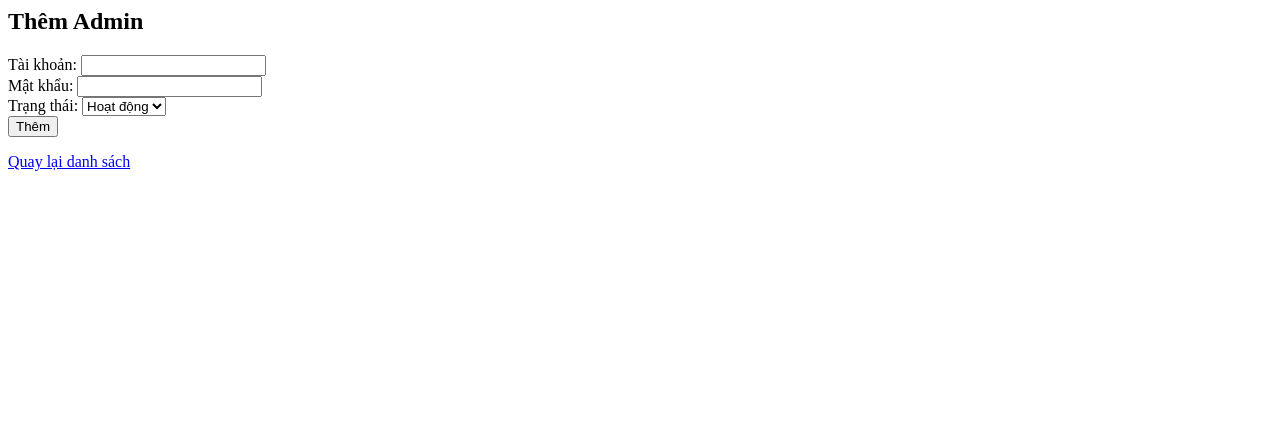
Repository: vuduckhoa/K22CNT2_VuDucKhoa_2210900032_project3
Page: http://localhost/K22CNT2_VuDucKhoa_2210900032_PRJ3/WEB-INF/views/admin/add.jsp
These files come from the project's save history. The page is drawn as it stood at one moment and after the next save; the edit follows.
The browser window is 1280 px wide. The pictures show the whole page.
The page is served by Tomcat 9. Nobody is signed in. Other server files are loaded and not shown. The template is opened directly, without the code that normally fills it, so the values that code supplies are empty.

Above is the page before, as saved 2025-03-04 02:36:01.

### K22CNT2_VuDucKhoa_2210900032_PRJ3/src/main/webapp/WEB-INF/views/admin/add.jsp
<%@ page contentType="text/html; charset=UTF-8" %>
<%@ page pageEncoding="UTF-8" %>
<html>
<head>
    <title>Thêm Admin</title>
</head>
<body>
    <h2>Thêm Admin</h2>
    <form action="add" method="post">
        <label>Tài khoản:</label>
        <input type="text" name="vdk_TaiKhoan" required /><br>

        <label>Mật khẩu:</label>
        <input type="password" name="vdk_MatKhau" required /><br>

        <label>Trạng thái:</label>
        <select name="vdk_TrangThai">
            <option value="true">Hoạt động</option>
            <option value="false">Bị khóa</option>
        </select><br>

        <button type="submit">Thêm</button>
    </form>
    <a href="list">Quay lại danh sách</a>
</body>
</html>

After the next save:
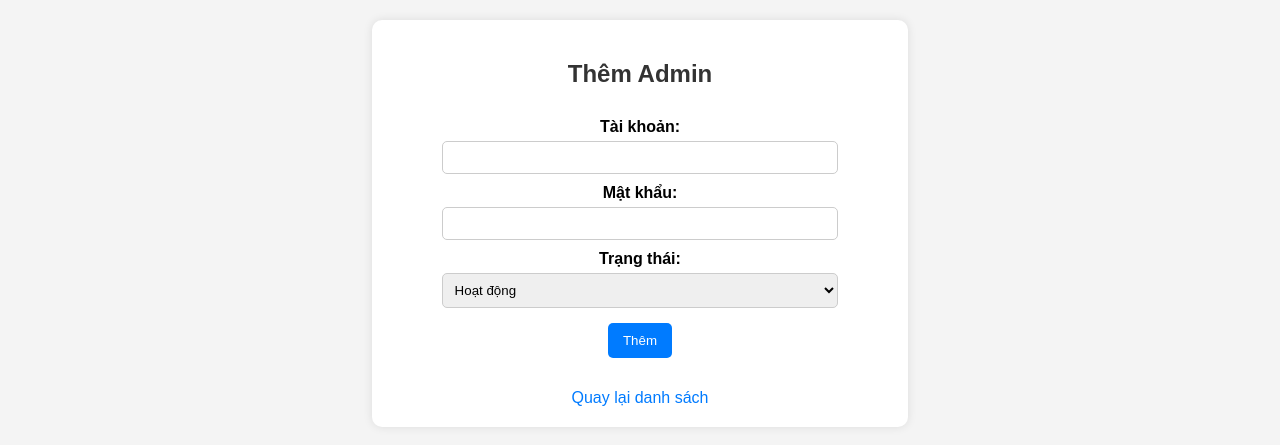
Saved 67 s later.
--- a/K22CNT2_VuDucKhoa_2210900032_PRJ3/src/main/webapp/WEB-INF/views/admin/add.jsp
+++ b/K22CNT2_VuDucKhoa_2210900032_PRJ3/src/main/webapp/WEB-INF/views/admin/add.jsp
@@ -3,24 +3,83 @@
 <html>
 <head>
     <title>Thêm Admin</title>
+    <style>
+        body {
+            font-family: Arial, sans-serif;
+            background-color: #f4f4f4;
+            margin: 0;
+            padding: 20px;
+            text-align: center;
+        }
+        .container {
+            width: 40%;
+            margin: 0 auto;
+            background: #fff;
+            padding: 20px;
+            border-radius: 10px;
+            box-shadow: 0 0 10px rgba(0, 0, 0, 0.1);
+        }
+        h2 {
+            color: #333;
+        }
+        form {
+            display: flex;
+            flex-direction: column;
+            align-items: center;
+        }
+        label {
+            font-weight: bold;
+            margin-top: 10px;
+        }
+        input, select {
+            width: 80%;
+            padding: 8px;
+            margin-top: 5px;
+            border: 1px solid #ccc;
+            border-radius: 5px;
+        }
+        button {
+            margin-top: 15px;
+            padding: 10px 15px;
+            background-color: #007bff;
+            color: white;
+            border: none;
+            border-radius: 5px;
+            cursor: pointer;
+        }
+        button:hover {
+            background-color: #0056b3;
+        }
+        .back-link {
+            display: inline-block;
+            margin-top: 15px;
+            color: #007bff;
+            text-decoration: none;
+        }
+        .back-link:hover {
+            text-decoration: underline;
+        }
+    </style>
 </head>
 <body>
-    <h2>Thêm Admin</h2>
-    <form action="add" method="post">
-        <label>Tài khoản:</label>
-        <input type="text" name="vdk_TaiKhoan" required /><br>
+    <div class="container">
+        <h2>Thêm Admin</h2>
+        <form action="add" method="post">
+            <label>Tài khoản:</label>
+            <input type="text" name="vdk_TaiKhoan" required />
 
-        <label>Mật khẩu:</label>
-        <input type="password" name="vdk_MatKhau" required /><br>
+            <label>Mật khẩu:</label>
+            <input type="password" name="vdk_MatKhau" required />
 
-        <label>Trạng thái:</label>
-        <select name="vdk_TrangThai">
-            <option value="true">Hoạt động</option>
-            <option value="false">Bị khóa</option>
-        </select><br>
+            <label>Trạng thái:</label>
+            <select name="vdk_TrangThai">
+                <option value="true">Hoạt động</option>
+                <option value="false">Bị khóa</option>
+            </select>
 
-        <button type="submit">Thêm</button>
-    </form>
-    <a href="list">Quay lại danh sách</a>
+            <button type="submit">Thêm</button>
+        </form>
+        <a href="list" class="back-link">Quay lại danh sách</a>
+    </div>
 </body>
 </html>
